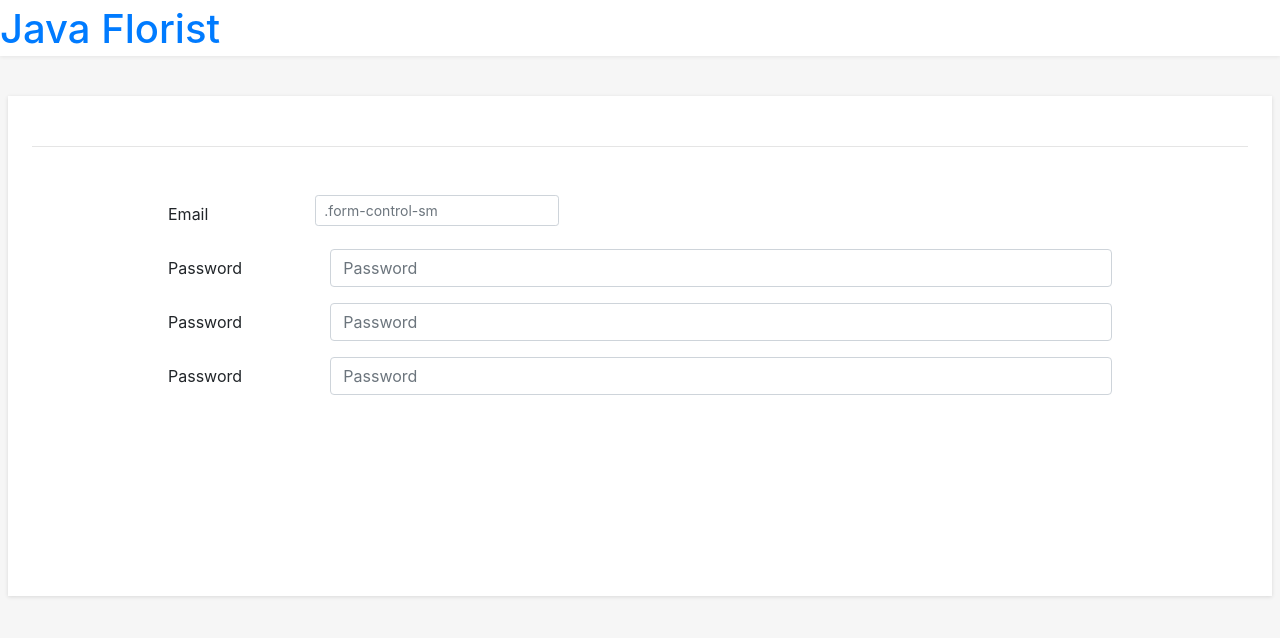
Repository: hienttm/flower-java-florist
Page: JavaFlorist/JavaFlorist/wwwroot/BecomePartner/index.html
An editor plug-in stored every save of this project. The page is shown before and after the next save, followed by the edit.
The browser window is 1280 px wide. The pictures show the whole page.
Some web libraries are served in a nearby version.

Above is the page before, as saved 2023-12-29 17:55:19.

### JavaFlorist/JavaFlorist/wwwroot/BecomePartner/index.html
<!DOCTYPE html>
<html lang="en">
<head>
    <meta charset="UTF-8">
    <meta name="viewport" content="width=device-width, initial-scale=1.0">
    <title>Document</title>
        <!-- Google Web Fonts -->
        <link rel="preconnect" href="https://fonts.googleapis.com">
        <link rel="preconnect" href="https://fonts.gstatic.com" crossorigin>
        <link href="https://fonts.googleapis.com/css2?family=Open+Sans:wght@400;600&family=Raleway:wght@600;800&display=swap" rel="stylesheet">

        <!-- Icon Font Stylesheet -->
        <link rel="stylesheet" href="https://use.fontawesome.com/releases/v5.15.4/css/all.css" />
        <link href="https://cdn.jsdelivr.net/npm/bootstrap-icons@1.4.1/font/bootstrap-icons.css" rel="stylesheet">

            <!-- Customized Bootstrap Stylesheet -->
            <link rel="stylesheet" href="https://cdn.jsdelivr.net/npm/bootstrap@4.0.0/dist/css/bootstrap.min.css" integrity="sha384-Gn5384xqQ1aoWXA+058RXPxPg6fy4IWvTNh0E263XmFcJlSAwiGgFAW/dAiS6JXm" crossorigin="anonymous">
        <link rel="stylesheet" href="style/Partner.css">
</head>
<body>
    <!-- Spinner Start -->
    <div class="onboarding-page">
        <div class="header">
            <a asp-action="Index" asp-controller="Home" class="navbar-brand"><h1 class="text-primary display-6"> Java Florist</h1></a>
        </div>
        <div class="onboarding">
            <div class="onboarding-layout__main">
                <div class="onboarding-layout__content onboarding-layout__card">
                    <div class="flow-step-content">
                        <div class="steps-header"></div>
                        <div class="form-input">
                            <form>
                                <div class="form-group row">
                                  <label for="staticEmail" class="col-sm-2 col-form-label">Email</label>
                                  <div class="w-25">
                                    <input class="form-control form-control-sm" type="text" placeholder=".form-control-sm">
                                  </div>
                                </div>
                                <div class="form-group row">
                                  <label for="inputPassword" class="col-sm-2 col-form-label">Password</label>
                                  <div class="col-sm-10">
                                    <input type="password" class="form-control" id="inputPassword" placeholder="Password">
                                  </div>
                                </div>
                                <div class="form-group row">
                                    <label for="inputPassword" class="col-sm-2 col-form-label">Password</label>
                                    <div class="col-sm-10">
                                      <input type="password" class="form-control" id="inputPassword" placeholder="Password">
                                    </div>
                                  </div>
                                  <div class="form-group row">
                                    <label for="inputPassword" class="col-sm-2 col-form-label">Password</label>
                                    <div class="col-sm-10">
                                      <input type="password" class="form-control" id="inputPassword" placeholder="Password">
                                    </div>
                                  </div>
                              </form>
                        </div>
                    </div>

                </div>
            </div>
        </div>
    </div>


        <!-- JavaScript Libraries -->
        <script src="https://ajax.googleapis.com/ajax/libs/jquery/3.6.4/jquery.min.js"></script>
        <script src="https://cdn.jsdelivr.net/npm/bootstrap@5.0.0/dist/js/bootstrap.bundle.min.js"></script>
</body>
</html>

### JavaFlorist/JavaFlorist/wwwroot/BecomePartner/style/Partner.css
*,
*:before,
*:after {
  box-sizing: border-box;
}
* {
  margin: 0;
  padding: 0;
  font: inherit;
}
img,
picture,
svg,
video {
  display: block;
  max-width: 100%;
}
input,
select,
textarea {
  background-color: transparent;
  outline: none;
}
button {
  cursor: pointer;
  background-color: transparent;
  outline: none;
  border: 0;
}
body {
  min-height: 100vh;
  font-weight: 400;
  font-size: 16px;
  line-height: 1;
}

.onboarding-page{
    padding-top: 56px;
    min-width: 1264px;
    margin: 0 auto;
}
.header{
    position: fixed;
    top: 0;
    left: 0;
    width: 100%;
    height: 56px;
    box-shadow: 0 1px 4px 0 rgba(0,0,0,.07);
    background-color: #fff;
    z-index: 100001;
}

.navbar-brand{
    color: #CDB4DB !important;
}
.onboarding {
    min-height: calc(100vh - 56px - 40px);
    padding-bottom: 40px;
    background-color: #f6f6f6;
    }

.onboarding-layout__main {
        padding-top: 40px;
}

.onboarding-layout__card {
    width: 1264px;
    margin: 0 auto;
    height: 500px;
    background-color: #fff;
    box-shadow: 0 1px 4px 0 rgba(0,0,0,.12);
    }

    .flow-step-content{
        padding: 50px 24px;
    }
    .steps-header{
        border-bottom: 1px solid #e5e5e5;
    }

    .form-input{
        max-width: 944px;
        margin: 48px auto 40px;
        min-height: 198px;
}

After the next save:
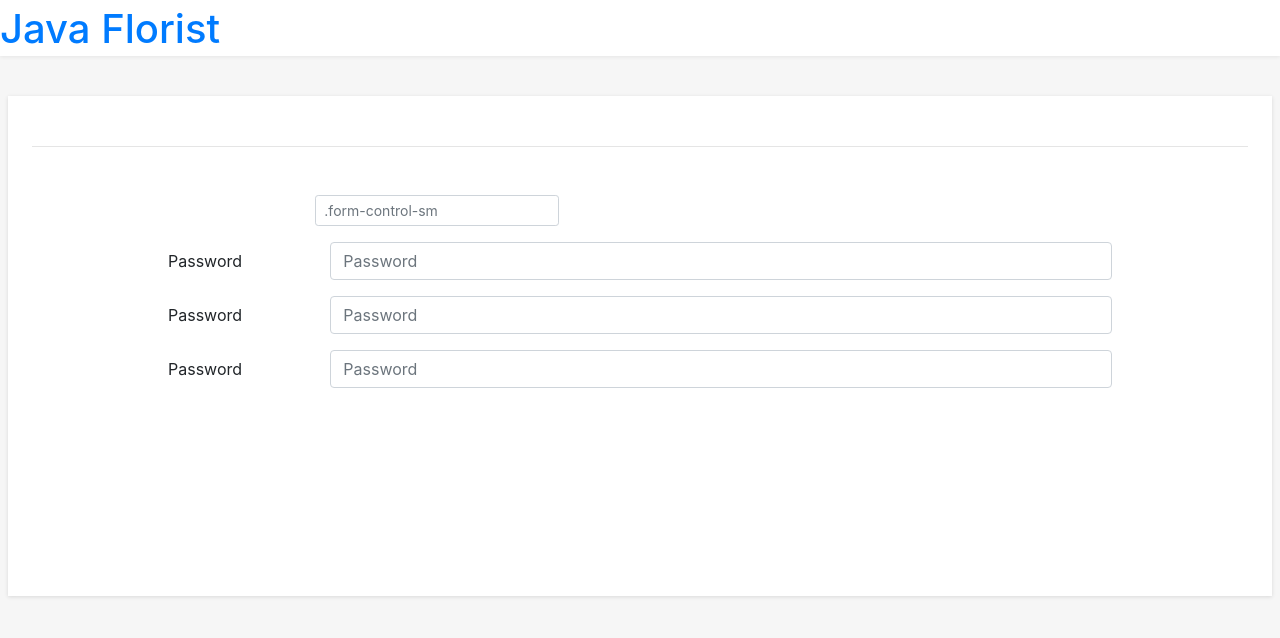
Saved 8 s later.
--- a/JavaFlorist/JavaFlorist/wwwroot/BecomePartner/index.html
+++ b/JavaFlorist/JavaFlorist/wwwroot/BecomePartner/index.html
@@ -31,7 +31,7 @@
                         <div class="form-input">
                             <form>
                                 <div class="form-group row">
-                                  <label for="staticEmail" class="col-sm-2 col-form-label">Email</label>
+                                  <label for="staticEmail" class="col-sm-2 col-form-label"></label>
                                   <div class="w-25">
                                     <input class="form-control form-control-sm" type="text" placeholder=".form-control-sm">
                                   </div>

After the 2 saves that followed:
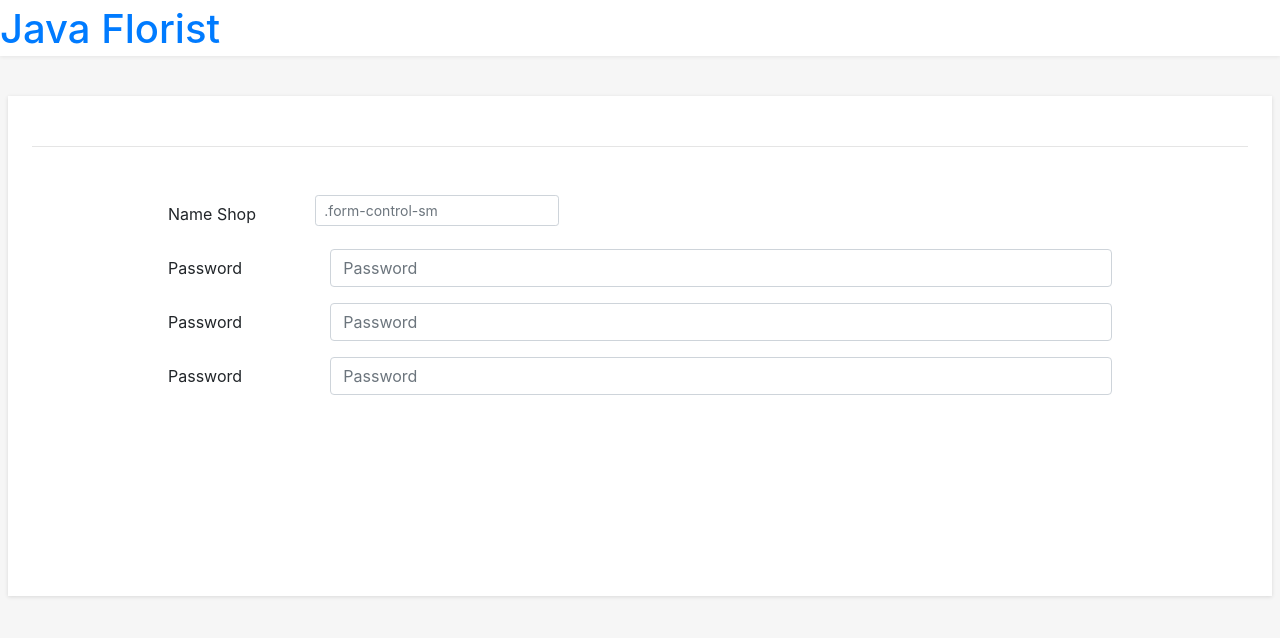
The 2 saves are shown as one change because they came seconds apart.
The last was saved 9 s later.
--- a/JavaFlorist/JavaFlorist/wwwroot/BecomePartner/index.html
+++ b/JavaFlorist/JavaFlorist/wwwroot/BecomePartner/index.html
@@ -31,7 +31,7 @@
                         <div class="form-input">
                             <form>
                                 <div class="form-group row">
-                                  <label for="staticEmail" class="col-sm-2 col-form-label"></label>
+                                  <label for="staticEmail" class="col-sm-2 col-form-label">Name Shop</label>
                                   <div class="w-25">
                                     <input class="form-control form-control-sm" type="text" placeholder=".form-control-sm">
                                   </div>
